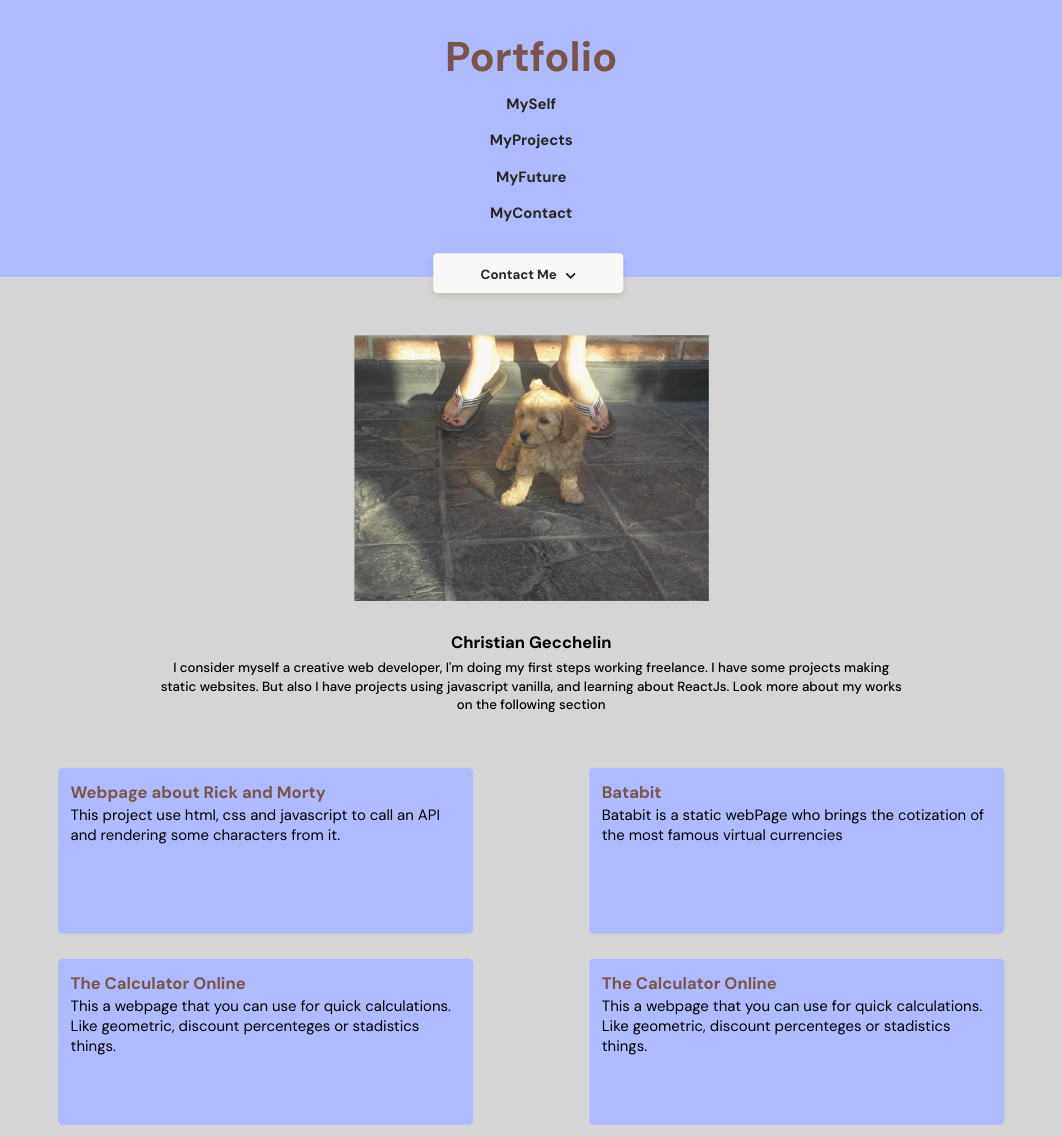
Repository: ChristianGecchelin/PortfolioOnline
Page: index.html
An editor plug-in stored every save of this project. The page is shown before and after the next save, followed by the edit.
The browser window is 1280 px wide. The pictures show the whole page, at 83% of full size.

Above is the page before, as saved 2022-01-10 11:20:24.

After the next save:
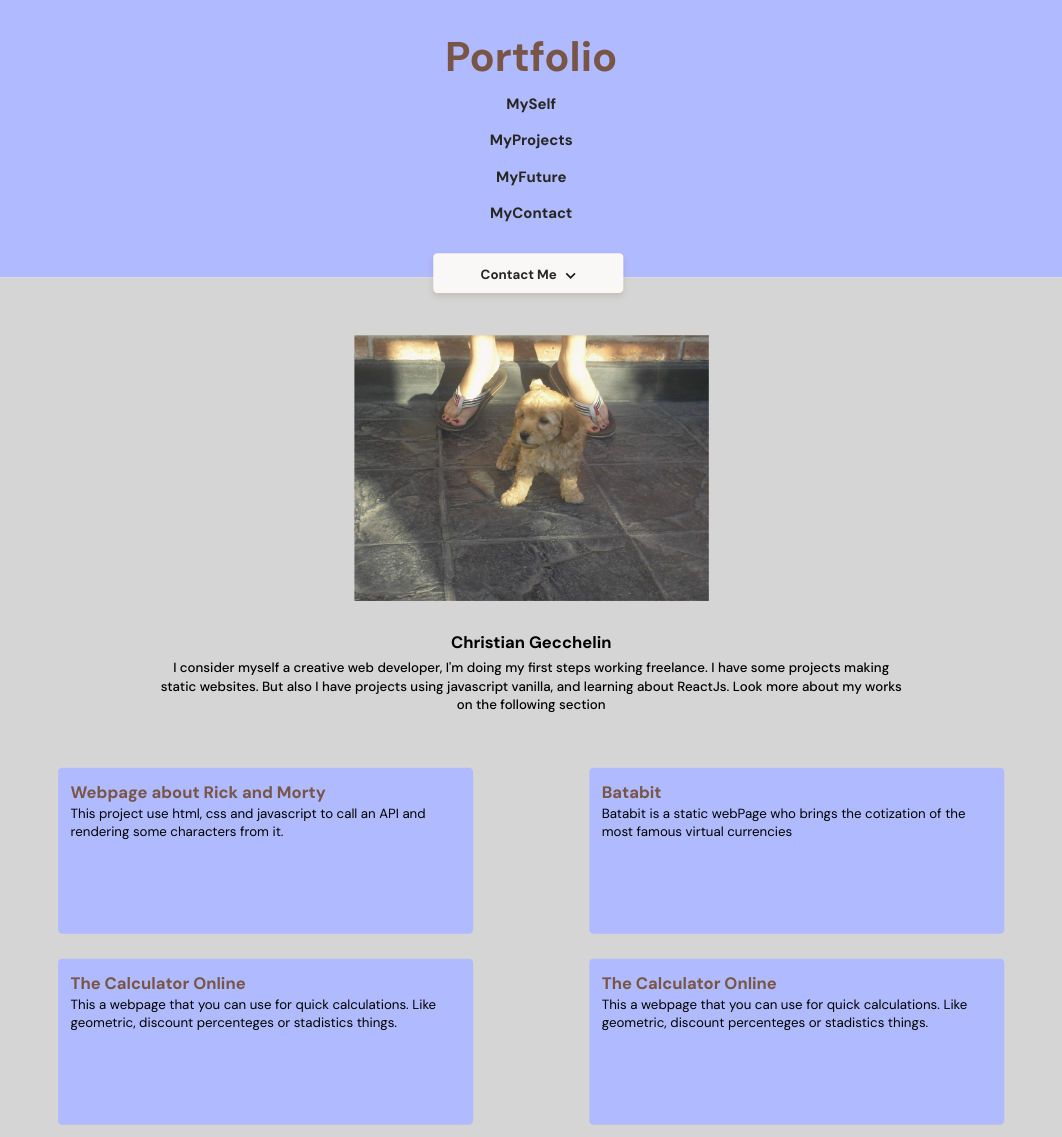
Saved 7 s later.
--- a/styles/styles.css
+++ b/styles/styles.css
@@ -160,5 +160,5 @@ main .principalContainer-mySelf {
 .principalContainer-myProject .rickAndMortyCharacters p,
 .principalContainer-myProject .batabit p,
 .principalContainer-myProject .calculatorProject p {
-  font-size: 1.8rem;
+  font-size: 1.6rem;
 }
